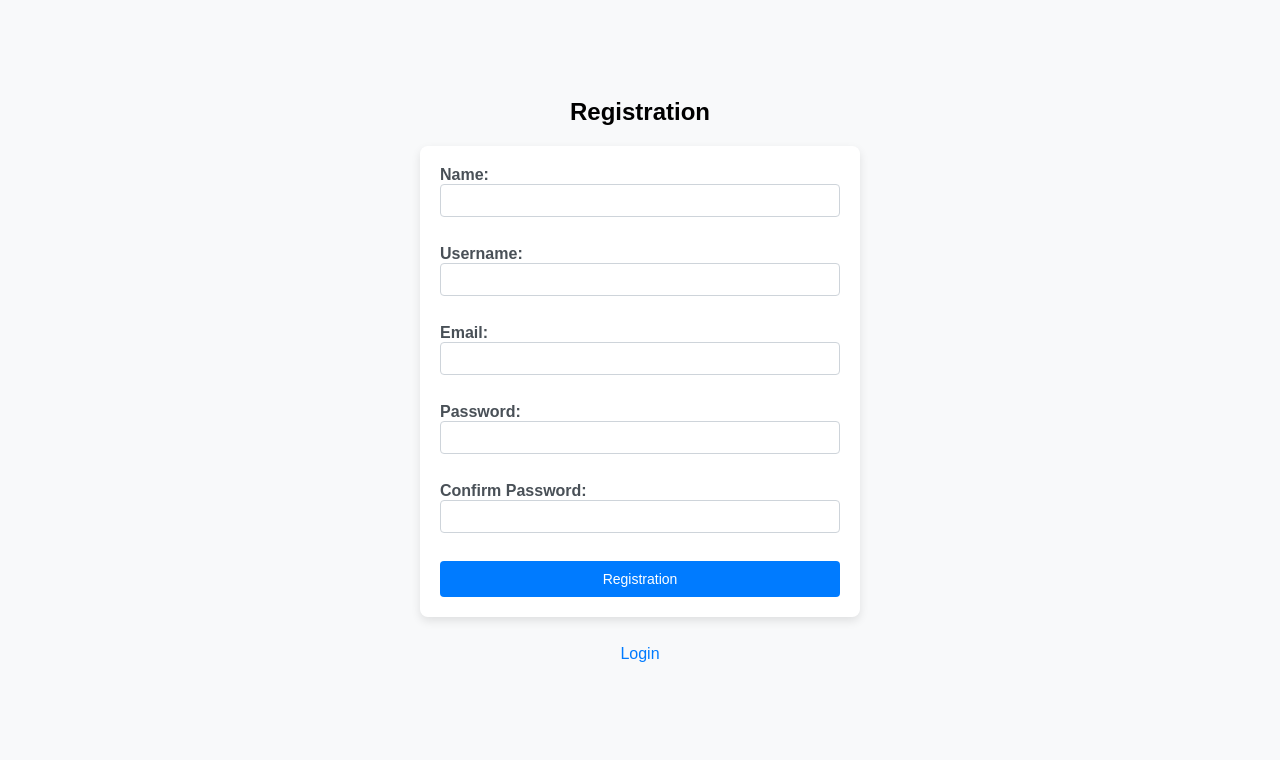
Repository: Acharya-Keerthana/Education
Page: http://localhost/reglog/registration.php
An editor plug-in stored every save of this project. The page is shown before and after the next save, followed by the edit.
The browser window is 1280 px wide. The pictures show the whole page.
The page is run by PHP 8.4 with error messages shown; the project is at /var/www/html/.

Above is the page before, as saved 2024-04-16 18:09:47.

### reglog/registration.php
<?php
require 'config.php';

if (isset($_POST["submit"])) {
    $name = $_POST["name"];
    $username = $_POST["username"];
    $email = $_POST["email"];
    $password = $_POST["password"];
    $confirmpassword = $_POST["confirmpassword"];

    $duplicate = mysqli_query($conn, "SELECT * FROM tb_user WHERE username = '$username' OR email='$email'");

    if (mysqli_num_rows($duplicate) > 0) {
        echo "<script> alert('Username or Email Has Already Taken'); </script>";
    } else {
        if ($password == $confirmpassword) {
            $query = "INSERT INTO tb_user (name, username, email, password,confirmpassword) VALUES ('$name', '$username', '$email', '$password','$confirmpassword')";

            if (mysqli_query($conn, $query)) {
                echo "<script> alert('Registration successful'); </script>";
            } else {
                echo "Error: " . $query . "<br>" . mysqli_error($conn);
            }
        } else {
            echo "<script> alert('Passwords do not match'); </script>";
        }
    }
}
?>

<!DOCTYPE html>
<html lang="en">
<head>
    <meta charset="UTF-8">
    <meta name="viewport" content="width=device-width, initial-scale=1.0">
    <title>Registration</title>
    <style>
        body {
            font-family: Arial, sans-serif;
            background-color: #f8f9fa;
            padding: 20px;
            height: 100vh;
            margin: 0;
            display: flex;
            flex-direction: column;
            justify-content: center;
            align-items: center;
        }

        h2 {
            margin-top: 0;
            margin-bottom: 20px;
        }

        form {
            width: 100%;
            max-width: 400px;
            background-color: #fff;
            padding: 20px;
            border-radius: 8px;
            box-shadow: 0 4px 10px rgba(0, 0, 0, 0.1);
            animation: slideIn 0.5s ease forwards;
        }

        @keyframes slideIn {
            from {
                opacity: 0;
                transform: translateY(-20px);
            }
            to {
                opacity: 1;
                transform: translateY(0);
            }
        }

        label {
            font-weight: bold;
            color: #495057;
        }

        input[type="text"],
        input[type="email"],
        input[type="password"] {
            width: 100%;
            padding: 8px;
            margin-bottom: 10px;
            border: 1px solid #ced4da;
            border-radius: 4px;
            box-sizing: border-box;
            transition: border-color 0.3s ease;
        }

        input[type="text"]:focus,
        input[type="email"]:focus,
        input[type="password"]:focus {
            border-color: #007bff;
        }

        button {
            background-color: #007bff;
            color: #fff;
            padding: 10px 16px;
            border: none;
            border-radius: 4px;
            cursor: pointer;
            width: 100%;
            font-size: 14px;
            transition: background-color 0.3s ease;
        }

        button:hover {
            background-color: #0056b3;
        }

        a {
            display: block;
            text-align: center;
            margin-top: 10px;
            color: #007bff;
            text-decoration: none;
            transition: color 0.3s ease;
        }

        a:hover {
            color: #0056b3;
        }
    </style>
</head>
<body>
    <h2>Registration</h2>
    <form action="" method="post" autocomplete="off">
        <label for="name">Name:</label>
        <input type="text" name="name" id="name" required value=""><br><br>
        <label for="username">Username:</label>
        <input type="text" name="username" id="username" required value=""><br><br>
        <label for="email">Email:</label>
        <input type="email" name="email" id="email" required value=""><br><br>
        <label for="password">Password:</label>
        <input type="password" name="password" id="password" required value=""><br><br>
        <label for="confirmpassword">Confirm Password:</label>
        <input type="password" name="confirmpassword" id="confirmpassword" required value=""><br><br>
        <button type="submit" name="submit">Registration</button>
    </form>
    <br>
    <a href="login.php">Login</a>
</body>
</html>

### reglog/config.php
<?php
error_reporting(0);
$servername="localhost";
$username="root";
$password="";
$database="education";

$conn=mysqli_connect($servername,$username,$password,$database);
if(!$conn){
die ("connection error".mysqli_connect_error());
}

After the next save:
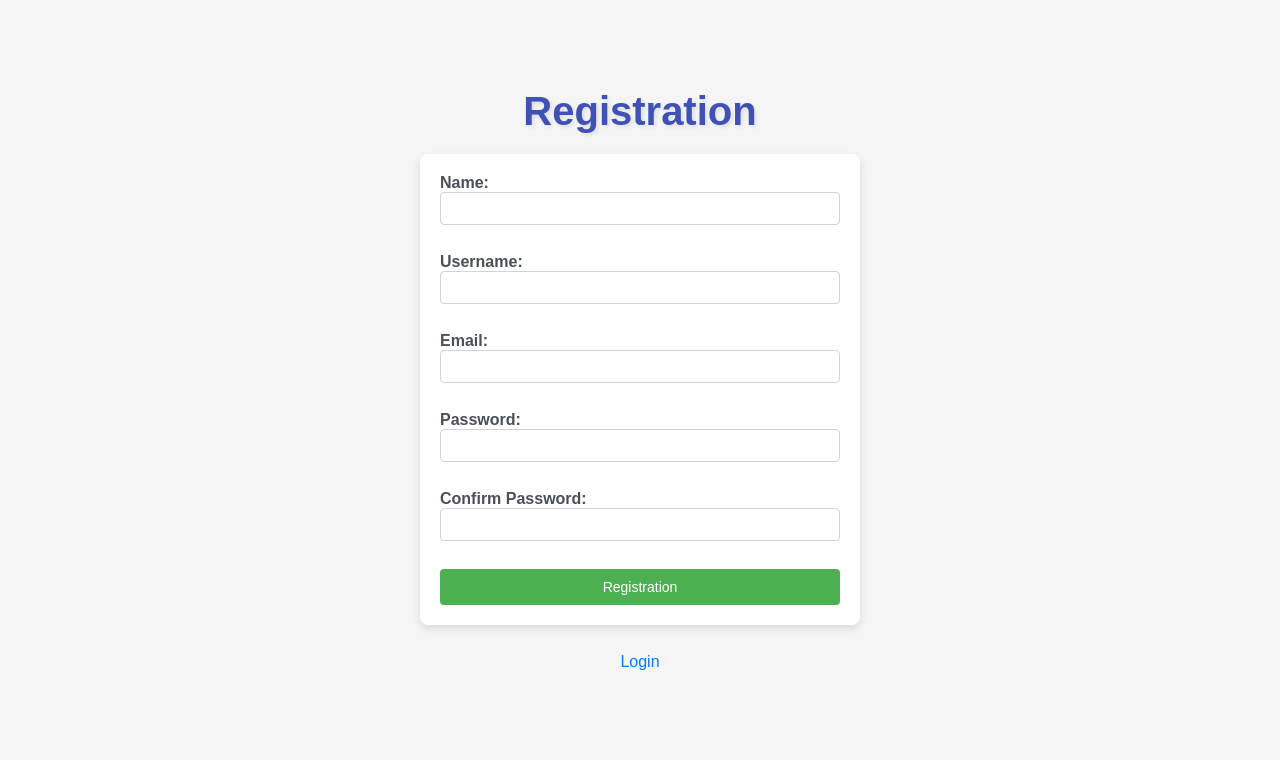
Saved 5 min 27 s later.
--- a/reglog/registration.php
+++ b/reglog/registration.php
@@ -36,20 +36,24 @@ if (isset($_POST["submit"])) {
     <title>Registration</title>
     <style>
         body {
-            font-family: Arial, sans-serif;
-            background-color: #f8f9fa;
-            padding: 20px;
+            display: flex;
+            flex-direction: column;
+            align-items: center;
+            justify-content: center;
             height: 100vh;
             margin: 0;
-            display: flex;
-            flex-direction: column;
-            justify-content: center;
-            align-items: center;
+            padding: 20px;
+            background-color: #f5f5f5;
+            font-family: Arial, sans-serif;
         }
 
         h2 {
             margin-top: 0;
             margin-bottom: 20px;
+            font-size: 2.5rem;
+            color: #3f51b5;
+            text-shadow: 2px 2px 4px rgba(0, 0, 0, 0.1);
+            animation: slideIn 0.5s ease forwards;
         }
 
         form {
@@ -93,11 +97,12 @@ if (isset($_POST["submit"])) {
         input[type="text"]:focus,
         input[type="email"]:focus,
         input[type="password"]:focus {
-            border-color: #007bff;
+            border-color: #4caf50;
+            box-shadow: 0 0 2px 1px rgba(76, 175, 80, 0.3);
         }
 
         button {
-            background-color: #007bff;
+            background-color: #4caf50;
             color: #fff;
             padding: 10px 16px;
             border: none;
@@ -109,7 +114,7 @@ if (isset($_POST["submit"])) {
         }
 
         button:hover {
-            background-color: #0056b3;
+            background-color: #3e8e41;
         }
 
         a {
